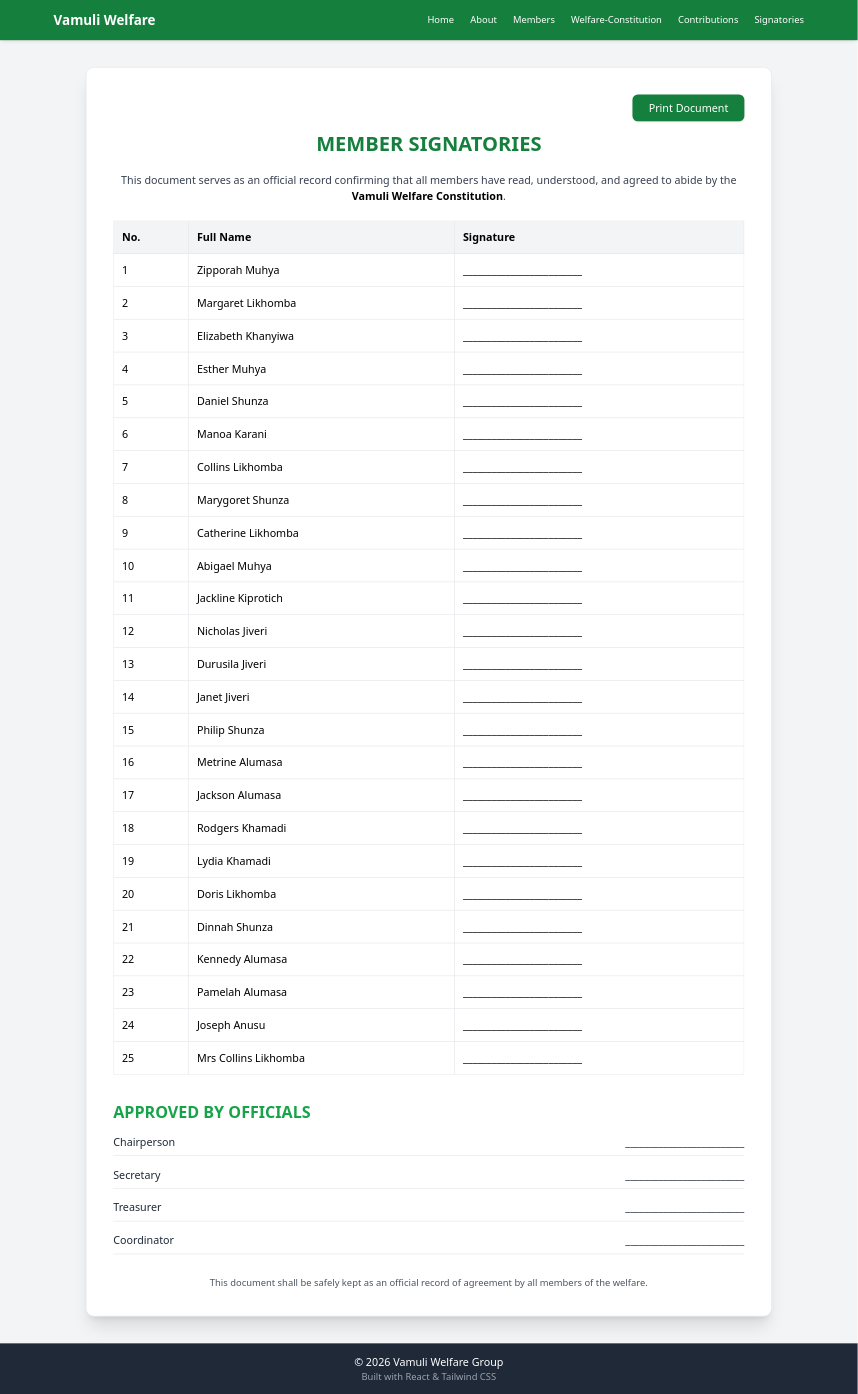
Repository: Engineer-collo/Vamuli-welfare
Page: /signatories
These files come from the project's save history. The page is drawn as it stood at one moment and after the next save; the edit follows.
The browser window is 1280 px wide. The pictures show the whole page, at 67% of full size.
The project was rebuilt for these pictures with package versions that can differ from the ones it lists, and the page was loaded fresh each time. Also part of the build but not shown: vite.config.js, src/pages/contributionsData.js, src/pages/Home.jsx, src/pages/Members.jsx, src/pages/ContributionsTable.jsx, src/pages/WelfareConstituion.jsx, src/pages/About.jsx.

Above is the page before, as saved 2026-04-02 15:18:10.

### index.html
<!doctype html>
<html lang="en">
  <head>
    <meta charset="UTF-8" />
    <link rel="icon" type="image/svg+xml" href="/favicon.svg" />
    <meta name="viewport" content="width=device-width, initial-scale=1.0" />
    <title>vamuli-welfare</title>
  </head>
  <body>
    <div id="root"></div>
    <script type="module" src="/src/main.jsx"></script>
  </body>
</html>

### src/App.jsx
import { BrowserRouter as Router, Routes, Route } from "react-router-dom";

import Navbar from "./components/Navbar";
import Footer from "./components/Footer";

import Home from "./pages/Home";
import Members from "./pages/Members";
import ContributionsTable from "./pages/ContributionsTable";
import WelfareConstituion from "./pages/WelfareConstituion";
import About from "./pages/About";
import Signatories from "./pages/Signatories";

function App() {
  return (
    <Router>
      <div className="bg-gray-100 min-h-screen">

        <Navbar />

        <Routes>
          <Route path="/" element={<Home />} />
          <Route path="/members" element={<Members />} />
          <Route path="/contributions" element={<ContributionsTable />} />
          <Route path="/about" element={<About />} />
          <Route path="/constitution" element={<WelfareConstituion/>} />
          <Route path="/signatories" element={<Signatories/>} />


        </Routes>

        <Footer />

      </div>
    </Router>
  );
}

export default App;

### src/components/Navbar.jsx
import { Link } from "react-router-dom";
import { useState } from "react";

function Navbar() {
  const [menuOpen, setMenuOpen] = useState(false);

  return (
    <nav className="bg-green-700 text-white shadow-md">
      <div className="max-w-6xl mx-auto flex justify-between items-center p-4">

        {/* Logo */}
        <h1 className="text-xl font-bold">
          <Link to="/">Vamuli Welfare</Link>
        </h1>

        {/* Desktop Menu */}
        <ul className="hidden md:flex gap-6 text-sm">
          <li>
            <Link to="/" className="hover:text-gray-200">Home</Link>
          </li>

          <li>
            <Link to="/about" className="hover:text-gray-200">About</Link>
          </li>

          <li>
            <Link to="/members" className="hover:text-gray-200">Members</Link>
          </li>

          <li>
            <Link to="/constitution" className="hover:text-gray-200">
              Welfare-Constitution
            </Link>
          </li>

          <li>
            <Link to="/contributions" className="hover:text-gray-200">
              Contributions
            </Link>
          </li>

          <li>
            <Link to="/signatories" className="hover:text-gray-200">
              Signatories
            </Link>
          </li>

        </ul>

        {/* Mobile Menu Button */}
        <button
          className="md:hidden text-white text-2xl"
          onClick={() => setMenuOpen(!menuOpen)}
        >
          ☰
        </button>
      </div>

      {/* Mobile Menu */}
      {menuOpen && (
        <div className="md:hidden bg-green-600">
          <ul className="flex flex-col items-center gap-4 py-4 text-sm">

            <li>
              <Link to="/" onClick={() => setMenuOpen(false)}>
                Home
              </Link>
            </li>

            <li>
              <Link to="/about" onClick={() => setMenuOpen(false)}>
                About
              </Link>
            </li>

            <li>
              <Link to="/members" onClick={() => setMenuOpen(false)}>
                Members
              </Link>
            </li>

            <li>
              <Link to="/constitution" onClick={() => setMenuOpen(false)}>
                Welfare-Constitution
              </Link>
            </li>

            <li>
              <Link to="/contributions" onClick={() => setMenuOpen(false)}>
                Contributions
              </Link>
            </li>

            <li>
              <Link to="/signatories" onClick={() => setMenuOpen(false)}>
                Signatories
              </Link>
            </li>


          </ul>
        </div>
      )}
    </nav>
  );
}

export default Navbar;

### src/components/Footer.jsx
import React from "react";

function Footer() {
  return (
    <footer className="bg-gray-800 text-white mt-10">
      <div className="max-w-6xl mx-auto text-center p-4">
        <p>© 2026 Vamuli Welfare Group</p>
        <p className="text-sm text-gray-400">
          Built with React & Tailwind CSS
        </p>
      </div>
    </footer>
  );
}

export default Footer;

### src/pages/Signatories.jsx
import React from "react";

function Signatories() {
  const members = [
    "Zipporah Muhya",
    "Margaret Likhomba",
    "Elizabeth Khanyiwa",
    "Esther Muhya",
    "Daniel Shunza",
    "Manoa Karani",
    "Collins Likhomba",
    "Marygoret Shunza",
    "Catherine Likhomba",
    "Abigael Muhya",
    "Jackline Kiprotich",
    "Nicholas Jiveri",
    "Durusila Jiveri",
    "Janet Jiveri",
    "Philip Shunza",
    "Metrine Alumasa",
    "Jackson Alumasa",
    "Rodgers Khamadi",
    "Lydia Khamadi",
    "Doris Likhomba",
    "Dinnah Shunza",
    "Kennedy Alumasa",
    "Pamelah Alumasa",
    "Joseph Anusu",
    "Mrs Collins Likhomba"
  ];

  const handlePrint = () => {
    window.print();
  };

  return (
    <div className="max-w-5xl mx-auto mt-10 bg-white shadow-xl rounded-xl p-10 border print:shadow-none print:border-none">

      {/* Print Button */}
      <div className="flex justify-end mb-4 print:hidden">
        <button
          onClick={handlePrint}
          className="bg-green-700 text-white px-6 py-2 rounded-lg shadow hover:bg-green-800"
        >
          Print Document
        </button>
      </div>

      <h1 className="text-3xl font-bold text-center text-green-700 mb-6">
        MEMBER SIGNATORIES
      </h1>

      <p className="text-gray-700 mb-6 text-center">
        This document serves as an official record confirming that all members
        have read, understood, and agreed to abide by the{" "}
        <span className="font-semibold text-black">
          Vamuli Welfare Constitution
        </span>.
      </p>

      {/* Table */}
      <div className="overflow-x-auto">
        <table className="w-full border border-gray-300 text-left">
          <thead>
            <tr className="bg-gray-100">
              <th className="border p-3">No.</th>
              <th className="border p-3">Full Name</th>
              <th className="border p-3">Signature</th>
            </tr>
          </thead>
          <tbody>
            {members.map((name, index) => (
              <tr key={index}>
                <td className="border p-3">{index + 1}</td>
                <td className="border p-3">{name}</td>
                <td className="border p-3">
                  _________________________
                </td>
              </tr>
            ))}
          </tbody>
        </table>
      </div>

      {/* Officials */}
      <div className="mt-10">
        <h2 className="text-2xl font-semibold text-green-600 mb-4">
          APPROVED BY OFFICIALS
        </h2>

        <div className="space-y-4 text-gray-800">
          <div className="flex justify-between border-b pb-2">
            <span>Chairperson</span>
            <span>_________________________</span>
          </div>
          <div className="flex justify-between border-b pb-2">
            <span>Secretary</span>
            <span>_________________________</span>
          </div>
          <div className="flex justify-between border-b pb-2">
            <span>Treasurer</span>
            <span>_________________________</span>
          </div>
          <div className="flex justify-between border-b pb-2">
            <span>Coordinator</span>
            <span>_________________________</span>
          </div>
        </div>
      </div>

      {/* Footer */}
      <p className="mt-8 text-sm text-gray-600 text-center">
        This document shall be safely kept as an official record of agreement by
        all members of the welfare.
      </p>
    </div>
  );
}

export default Signatories;

### tailwind.config.js
/** @type {import('tailwindcss').Config} */
module.exports = {
  content: [
    "./index.html",
    "./src/**/*.{js,jsx}"
  ],
  theme: {
    extend: {},
  },
  plugins: [],
};

Loaded but not shown: src/main.jsx (common file); src/index.css (common file)

After the next save:
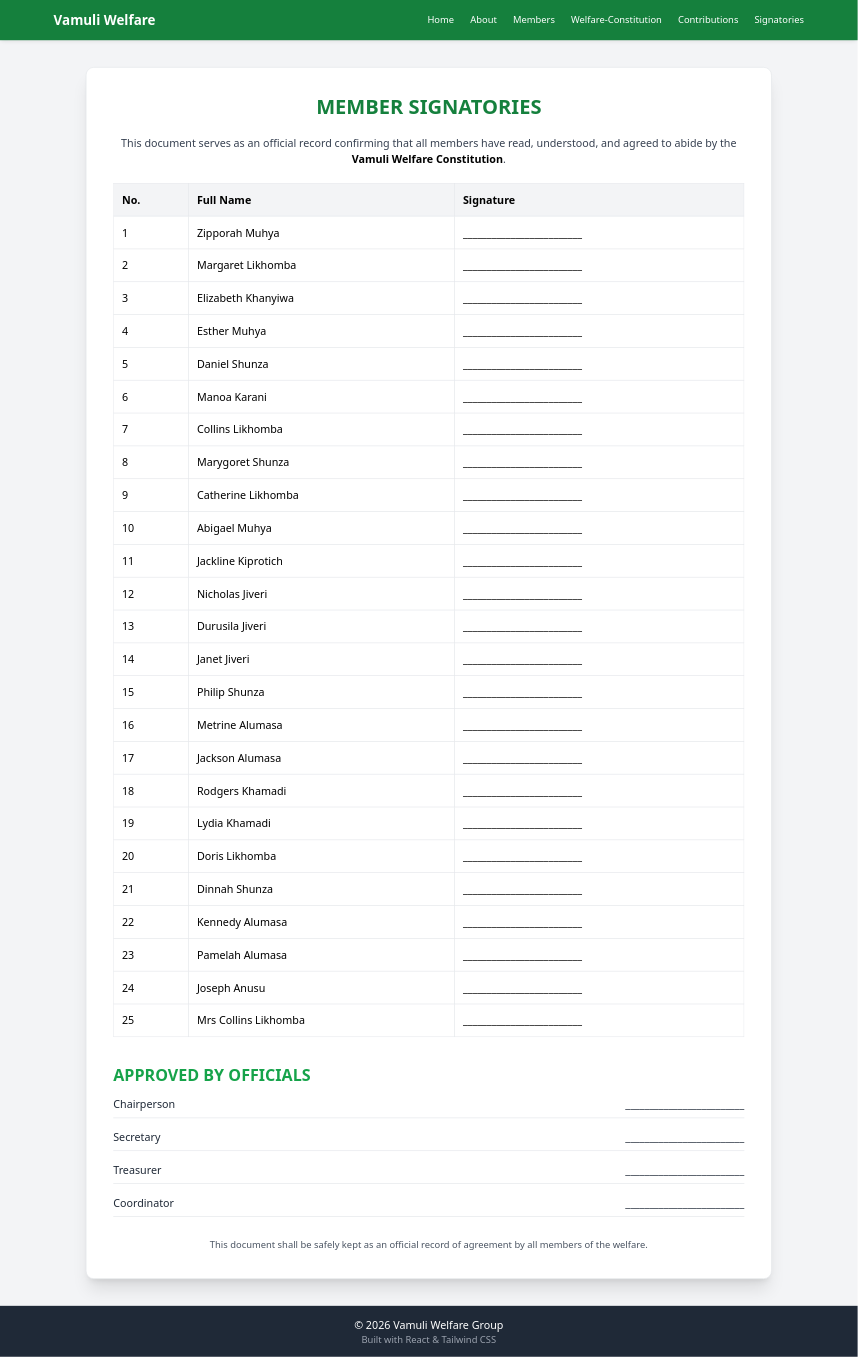
Saved 2 min 20 s later.
--- a/src/pages/Signatories.jsx
+++ b/src/pages/Signatories.jsx
@@ -36,15 +36,6 @@ function Signatories() {
   return (
     <div className="max-w-5xl mx-auto mt-10 bg-white shadow-xl rounded-xl p-10 border print:shadow-none print:border-none">
 
-      {/* Print Button */}
-      <div className="flex justify-end mb-4 print:hidden">
-        <button
-          onClick={handlePrint}
-          className="bg-green-700 text-white px-6 py-2 rounded-lg shadow hover:bg-green-800"
-        >
-          Print Document
-        </button>
-      </div>
 
       <h1 className="text-3xl font-bold text-center text-green-700 mb-6">
         MEMBER SIGNATORIES
